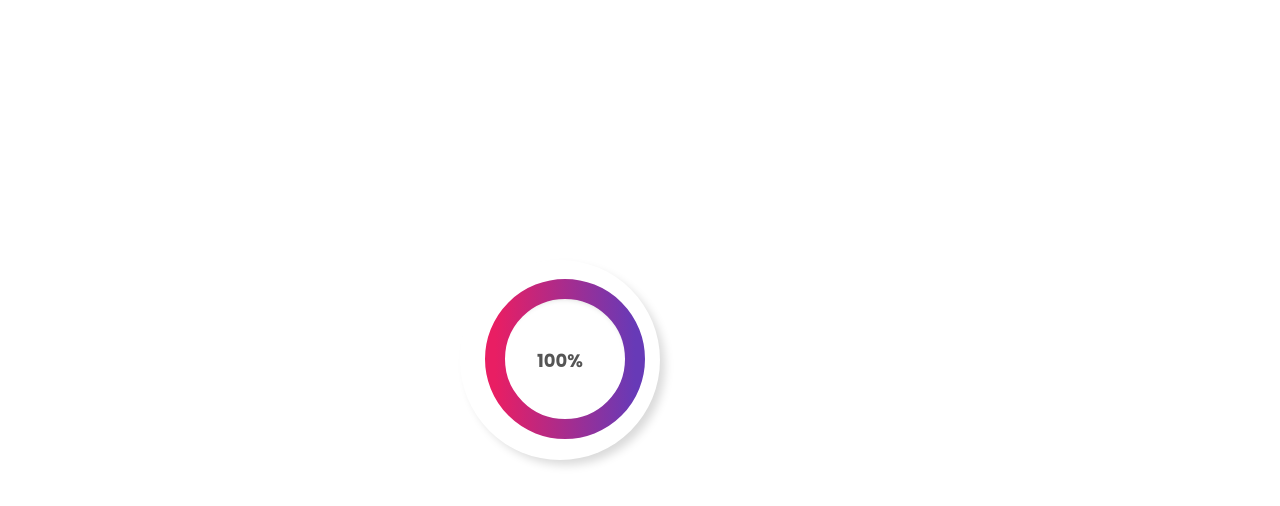
Repository: Ankitkr2021/Loader-Spinner
Page: index.html
The author's editor kept a copy of each file at every save. The page is drawn from the files as they stood at one save, then again after the next save.
The browser window is 1280 px wide. The pictures show the whole page.

Above is the page before, as saved 2025-10-21 13:41:33.

After the next save:
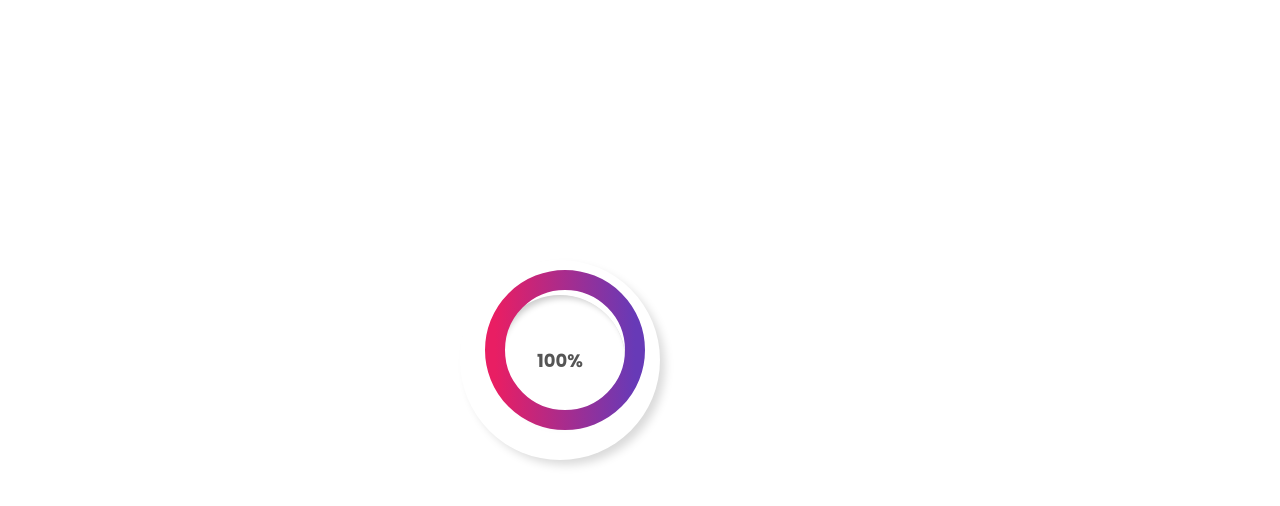
Saved 7 s later.
--- a/style.css
+++ b/style.css
@@ -66,6 +66,6 @@ circle {
 
 svg {
     position: relative;
-    bottom: 1px;
+    bottom: 10px;
     right: 175px;
 }
